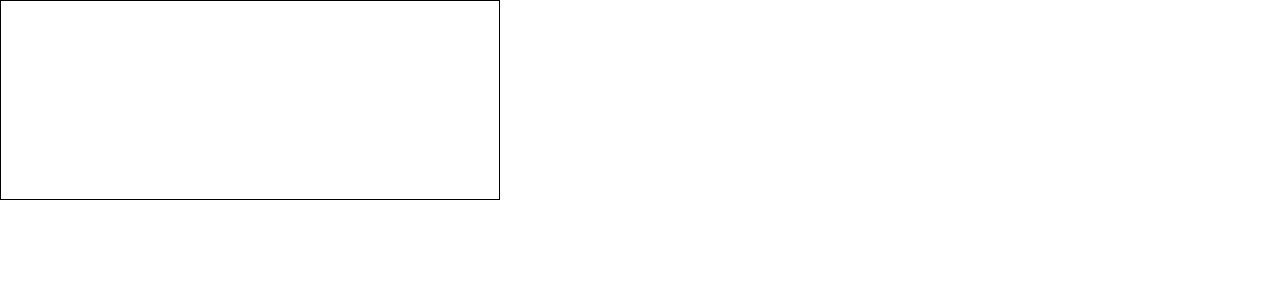
Repository: surefaceJS/allMyWorkInaliLinux
Page: HomePageForWork/index.html
An editor plug-in stored every save of this project. The page is shown before and after the next save, followed by the edit.
The browser window is 1280 px wide. The pictures show the whole page.

Above is the page before, as saved 2021-04-18 11:01:23.

### HomePageForWork/index.html
<!DOCTYPE html>
<html lang="en">

<head>
    <meta charset="UTF-8">
    <meta http-equiv="X-UA-Compatible" content="IE=edge">
    <meta name="viewport" content="width=device-width, initial-scale=1.0">
    <title>ReadyWebPage</title>
    <link rel="stylesheet" href="css/bootstrap.css">
    <link rel="stylesheet" href="fontawesome-free-5.15.2-web/css/all.min.css">
    <link rel="stylesheet" href="css/main.css">
</head>

<body>

    <div id="game">
        <div id="charactor"></div>
        <div id="block"></div>
    </div>

    <script src="js/jquery-3.3.1.slim.min.js"></script>
    <script src="js/popper.min.js"></script>
    <script src="js/bootstrap.js"></script>
    <script src="js/app.js"></script>
</body>

</html>

### HomePageForWork/css/main.css
            /*********************  FONTS STYLE *************************/

            @font-face {
                font-family: "Inter-Bold";
                src: url("../asssets/fonts/Inter/Inter-Bold.ttf") format("truetype");
            }

            @font-face {
                font-family: "Inter-Regular";
                src: url("../asssets/fonts/Inter/Inter-Regular.ttf") format("truetype");
            }

            @font-face {
                font-family: "Inter-Light";
                src: url("../asssets/fonts/Inter/Inter-Light.ttf") format("truetype");
            }

            @font-face {
                font-family: "Inter-SemiBold";
                src: url("../asssets/fonts/Inter/Inter-SemiBold.ttf") format("truetype");
            }

            .font-intel-bold {
                font-family: "Inter-Bold", sans-serif;
            }

            .font-intel-regular {
                font-family: "Inter-Regular", sans-serif;
            }

            .font-intel-light {
                font-family: "Inter-Light", sans-serif;
            }

            .font-inter-semi-bold {
                font-family: "Inter-SemiBold", sans-serif;
            }

            #game {
                width: 500px;
                height: 200px;
                border: 1px solid black;
            }

Loaded but not shown: HomePageForWork/css/bootstrap.css (library); HomePageForWork/fontawesome-free-5.15.2-web/css/all.min.css (library); HomePageForWork/js/jquery-3.3.1.slim.min.js (library); HomePageForWork/js/popper.min.js (library); HomePageForWork/js/bootstrap.js (library); HomePageForWork/js/app.js (no copy from this time; the picture is the same without it)

After the next save:
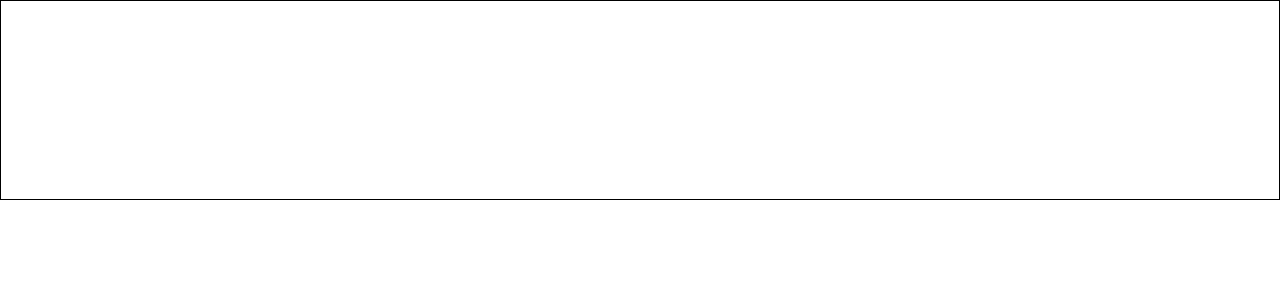
Saved 43 s later.
--- a/HomePageForWork/css/main.css
+++ b/HomePageForWork/css/main.css
@@ -37,7 +37,7 @@
             }
 
             #game {
-                width: 500px;
+                width: ;
                 height: 200px;
                 border: 1px solid black;
             }
